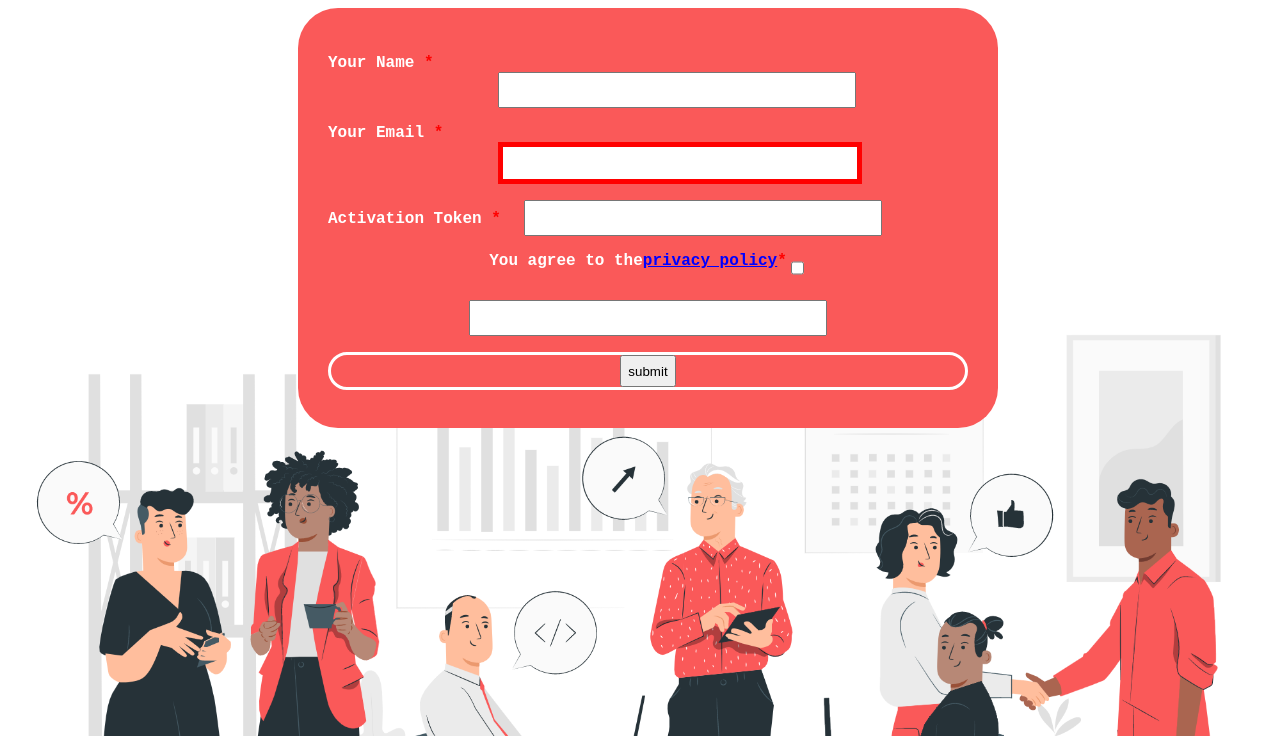
Repository: Rachael4life/Assignment-1
Page: starter-code/src/index.html
An editor plug-in stored every save of this project. The page is shown before and after the next save, followed by the edit.
The browser window is 1280 px wide. The page is 1288 px wide, so the pictures cover 1288 px, including what lies to the right of the window. The pictures show the whole page.

Above is the page before, as saved 2022-02-28 06:22:31.

### starter-code/src/index.html
<!DOCTYPE html>
<html lang="en">
<head>
    <meta charset="UTF-8">
    <meta http-equiv="X-UA-Compatible" content="IE=edge">
    <meta name="viewport" content="width=device-width, initial-scale=1.0">
    <link rel="stylesheet" href="style.css">
    <link rel="preconnect" href="https://fonts.googleapis.com">
<link rel="preconnect" href="https://fonts.gstatic.com" crossorigin>
    <link href="https://fonts.googleapis.com/css2?family=Courier+Prime&display=swap" rel="stylesheet">
    <title>Assignment 1</title>
</head>
<body>
    <div id="ramyeon">
        <form class="kimchi">
            <div> <p></p>
                <label for="name">Your Name <span class="asteric">*</span></label>
                <input class="formgroup" type="text" name="name" id="name" placeholder="">
            </div>
            <div> <p></p>
                <label for="email">Your Email <span class="asteric">*</span> </label>
                <input class="formgroup" type="text" name="email" id="email" placeholder="">
            </div>
            <div> <p></p>
                <label for="password">Activation Token <span class="asteric">*</span> </label>
                <input class="formgroup" type="password" name="activation token" id="password" placeholder="">
            </div>
           <p></p>
            <div class="water"><p></p>
                You agree to the <a href="privacy policy" id="privacy"><b> privacy policy</a></b><span class="asteric">*</span> <input type="checkbox">
            </div>
            <p></p>
            <div id="validation"><p></p>
                <label for="validation"></label>
                <input type="text" class="formgroup">
            </div>
            <p></p>
            <div class="gogi"><p></p>
                <button type="button">submit</button>
            </div>
        </form>
    </div>
</body>
</html>

### starter-code/src/style.css
body {
    color: white;
    font-family: 'Courier Prime', monospace;
    width: 100vw;
    height: 100vh;
    background-image: url("img.png");
    background-size: cover;
    background-repeat: no-repeat;
    font-size: 16px;
}
form {
    background-color: #fa5959;
    font-size: 16px;
    width: 50%;
    height: 50%;
    padding: 30px;
    border-radius: 40px;
    font-weight: bold;
}
#name {
    margin-left: 170px;
    height: 30px;
    width: 350px;
}
#email {
    margin-left: 170px;
    height: 30px;
    width: 350px;
}
#password {
    margin-left: 14px;
    height: 30px;
    width: 350px;
}
#ramyeon {
    display: flex;
    justify-content: center;
    align-content: space-between;
    width: 100%;
    height: 100%;
    font-family: 'Courier New', Courier, monospace;
}
#validation {
    align-content: center;
    justify-content: center;
    display: flex;
}
.gogi {
    display: flex;
    justify-content: center;
    align-content:center;
    border-style: solid;
    border-radius: 30px;
    border-color: white;
    background: #fa5959;
    margin: auto;
    font-size: 16px;
    font-family: 'Courier Prime', Courier, monospace;
    font-weight: 500, 700;
    font: bolder;


}
.water {
    align-content: center;
    justify-content: center;
    display:flex;
}
.formgroup {
    width: 350px;
    height: 30px;
}
#email {
    border: 5px solid red;
}
.asteric {
    color: red;
}
#privacy {
    color: blue;
}

After the next save:
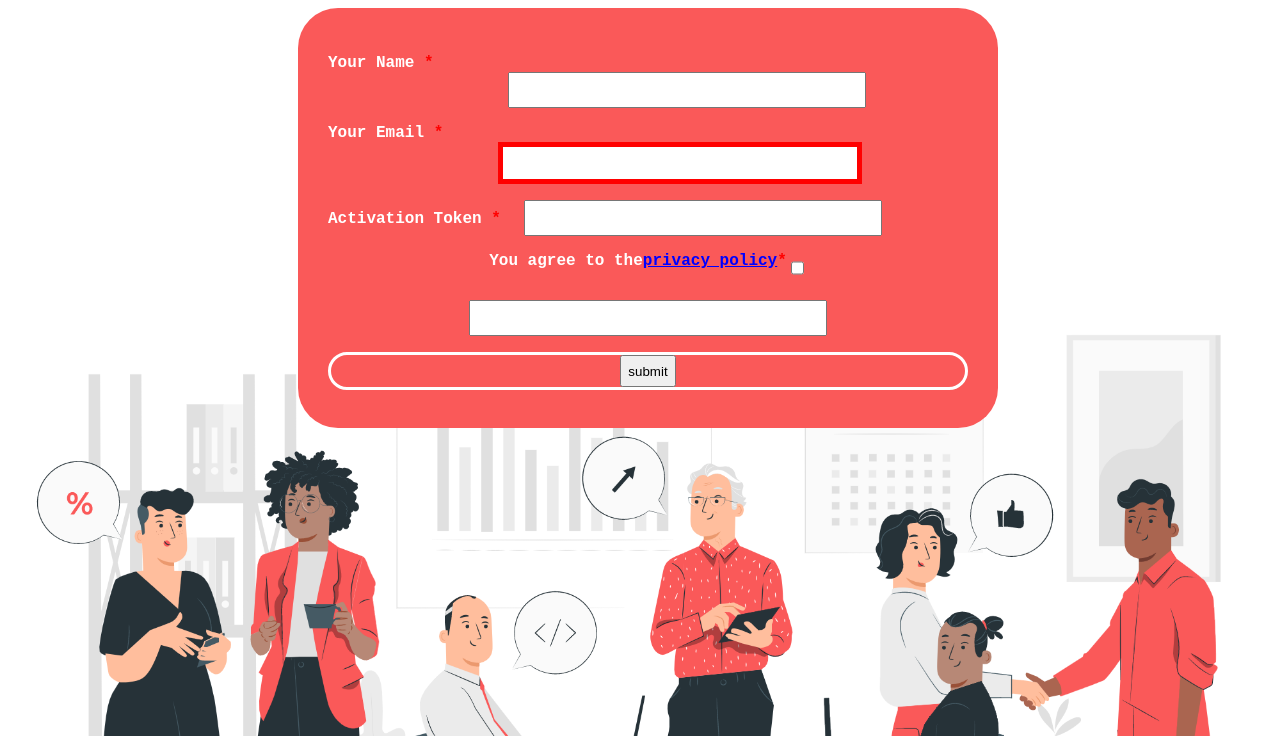
Saved 12 s later.
--- a/starter-code/src/style.css
+++ b/starter-code/src/style.css
@@ -18,7 +18,7 @@ form {
     font-weight: bold;
 }
 #name {
-    margin-left: 170px;
+    margin-left: 180px;
     height: 30px;
     width: 350px;
 }
